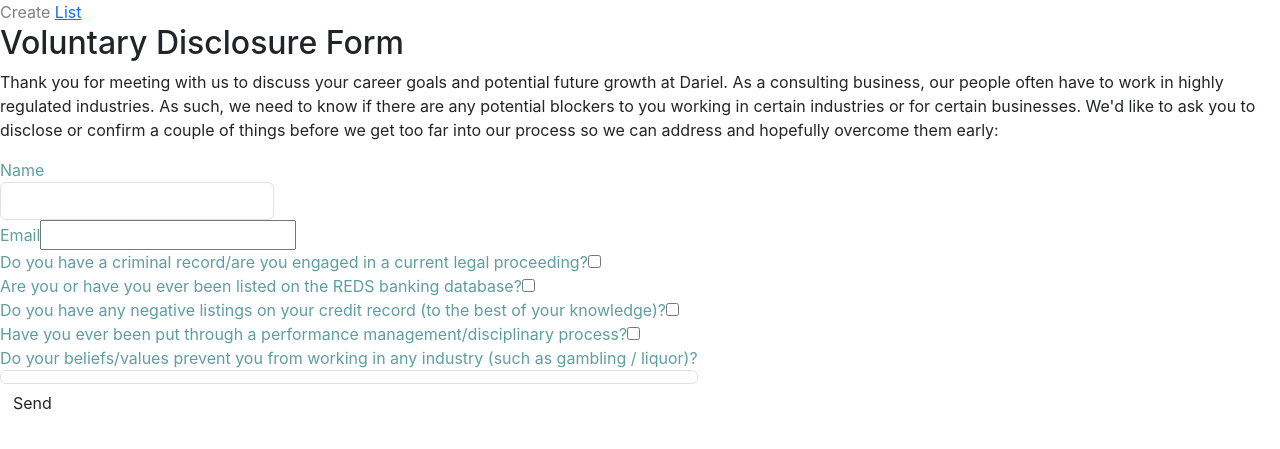
Repository: NtuthukoM/VoluntaryDisclosure
Page: / (app in disclosures-client/)
The author's editor kept a copy of each file at every save. The page is drawn from the files as they stood at one save, then again after the next save.
The browser window is 1280 px wide. The pictures show the whole page.
The project was rebuilt for these pictures with package versions that can differ from the ones it lists, and the page was loaded fresh each time. Also part of the build but not shown: disclosures-client/src/pages/ListDisclosures.js, disclosures-client/src/pages/DisclosureDetails.js, disclosures-client/src/pages/DisclosureSubmitted.js.

Above is the page before, as saved 2023-05-30 20:35:28.

### disclosures-client/public/index.html
<!DOCTYPE html>
<html lang="en">
  <head>
    <meta charset="utf-8" />

    <meta name="viewport" content="width=device-width, initial-scale=1" />
    <meta name="theme-color" content="#000000" />
    <meta
      name="description"
      content="Web site created using create-react-app"
    />
    <link rel="apple-touch-icon" href="%PUBLIC_URL%/logo192.png" />
    <!--
      manifest.json provides metadata used when your web app is installed on a
      user's mobile device or desktop. See https://developers.google.com/web/fundamentals/web-app-manifest/
    -->
    <link rel="manifest" href="%PUBLIC_URL%/manifest.json" />
    <!--
      Notice the use of %PUBLIC_URL% in the tags above.
      It will be replaced with the URL of the `public` folder during the build.
      Only files inside the `public` folder can be referenced from the HTML.

      Unlike "/favicon.ico" or "favicon.ico", "%PUBLIC_URL%/favicon.ico" will
      work correctly both with client-side routing and a non-root public URL.
      Learn how to configure a non-root public URL by running `npm run build`.
    -->
    <title>React App</title>
  </head>
  <body>
    <noscript>You need to enable JavaScript to run this app.</noscript>
    <div id="root"></div>
    <!--
      This HTML file is a template.
      If you open it directly in the browser, you will see an empty page.

      You can add webfonts, meta tags, or analytics to this file.
      The build step will place the bundled scripts into the <body> tag.

      To begin the development, run `npm start` or `yarn start`.
      To create a production bundle, use `npm run build` or `yarn build`.
    -->
  </body>
</html>

### disclosures-client/src/index.js
import React from 'react';
import ReactDOM from 'react-dom/client';
import './bootstrap.css';
import './index.css';
import App from './App';
import reportWebVitals from './reportWebVitals';

const root = ReactDOM.createRoot(document.getElementById('root'));
root.render(
  <React.StrictMode>
    <App />
  </React.StrictMode>
);

// If you want to start measuring performance in your app, pass a function
// to log results (for example: reportWebVitals(console.log))
// or send to an analytics endpoint. Learn more: https://bit.ly/CRA-vitals
reportWebVitals();

### disclosures-client/src/App.js
import logo from './logo.svg';
import {CreateDisclosures} from './pages/CreateDisclosure';
import {ListDisclosures} from './pages/ListDisclosures';
import {DisclosureDetails} from './pages/DisclosureDetails';
import {DisclosureSubmitted} from './pages/DisclosureSubmitted';
import { BrowserRouter, Routes, Route } from "react-router-dom";
import './App.css';

function App() {
  return (

      <BrowserRouter>
        <Routes>
          <Route path="/" element={<CreateDisclosures/>} />
          <Route path="/list" element={<ListDisclosures/>} />
          <Route path="/submitted" element={<DisclosureSubmitted/>} />
          <Route path="/details/:id" element={<DisclosureDetails/>} />
        </Routes>
      </BrowserRouter>
  );
}

export default App;

### disclosures-client/src/pages/CreateDisclosure.js
import { useState } from "react";
import { discloseUrl} from '../models/models';
import { Nav} from "../components/nav";
import { redirect } from "react-router-dom";

export function CreateDisclosures(){
    const [fullName, setFullName] = useState('');
    const [email, setEmail] = useState('');
    const [criminalRecord, setCriminalRecord] = useState(false);
    const [redsBankingDbListed, setRedsBankingDbListed] = useState(false);
    const [negativeCreditListing, setNegativeCreditListing] = useState(false);
    const [performanceManagementPlaced, setPerformanceManagementPlaced] = useState(false);
    const [ethicalIndustringRestriction, setEthicalIndustringRestriction] = useState(false);
    const [submitting, setSubmitting] = useState(false);

    function onFormSubmit(e){
        e.preventDefault();
        setSubmitting(true);
        let model = {
            fullName: fullName,
            email: email,
            criminalRecord: criminalRecord,
            redsBankingDbListed: redsBankingDbListed,
            negativeCreditListing: negativeCreditListing,
            performanceManagementPlaced: performanceManagementPlaced,
            ethicalIndustringRestriction: ethicalIndustringRestriction
        }
        const ops = {
            method: 'POST',
            headers: {
                "Content-Type": "application/json",
                // 'Content-Type': 'application/x-www-form-urlencoded',
              },
              redirect: "follow", // manual, *follow, error
              referrerPolicy: "no-referrer", // no-referrer, *no-referrer-when-downgrade, origin, origin-when-cross-origin, same-origin, strict-origin, strict-origin-when-cross-origin, unsafe-url
              body: JSON.stringify(model), // body data type must match "Content-Type" header
        };
        const response = fetch(discloseUrl, ops)
        .then(() => {
            setSubmitting(false);
            console.log('redirecting');
           return redirect("/submitted");
        }).catch(exc => console.log(`error ${exc}`));
    }
    return (
        <>
            <Nav />
            <h2>Voluntary Disclosure Form</h2>
            <p>
                Thank you for meeting with us to discuss your career goals and potential future growth at Dariel.
                As a consulting business, our people often have to work in highly regulated industries.
                As such, we need to know if there are any potential blockers to you working in certain industries or for certain businesses.
                We'd like to ask you to disclose or confirm a couple of things before we get too far into our process so we can address and hopefully overcome them early:
            </p>
            <form onSubmit={onFormSubmit}>


            <div className="form-group">
                <label>
                    Name
                    <input className="form-control" type="text" value={fullName} onChange={(e) => setFullName(e.target.value) } disabled={submitting} />
                </label>
            </div>

            <div>
                <label>
                    Email
                    <input type="text" value={email} onChange={e => setEmail(e.target.value)} disabled={submitting}  />
                </label>
            </div>


            <div>
                <label>
                    Do you have a criminal record/are you engaged in a current legal proceeding?
                    <input type="checkbox" value={criminalRecord} onChange={e => {
                        setCriminalRecord(!criminalRecord);
                        }}  disabled={submitting} />
                </label>
            </div>
            <div>
                <label>
                Are you or have you ever been listed on the REDS banking database?
                    <input type="checkbox"  value={redsBankingDbListed} onChange={e => {
                        setRedsBankingDbListed(!redsBankingDbListed);
                        }}  disabled={submitting} />
                </label>
            </div>
            <div>
                <label>
                Do you have any negative listings on your credit record (to the best of your knowledge)?
                    <input type="checkbox"  value={negativeCreditListing} onChange={e => {
                        setNegativeCreditListing(!negativeCreditListing);
                        }}  disabled={submitting} />
                </label>
            </div>
            <div>
                <label>
                Have you ever been put through a performance management/disciplinary process?
                    <input type="checkbox"  value={performanceManagementPlaced} onChange={e => {
                        setPerformanceManagementPlaced(!performanceManagementPlaced);
                        }}  disabled={submitting} />
                </label>
            </div>
            <div>
                <label>
                Do your beliefs/values prevent you from working in any industry (such as gambling / liquor)?
                    <input type="checkbox" className="form-control"  value={ethicalIndustringRestriction} onChange={e => {
                        setEthicalIndustringRestriction(!ethicalIndustringRestriction);
                        }}  disabled={submitting} />
                </label>
            </div>
            <div>
                <button className="btn btn-default" disabled={submitting}>Send</button>
            </div>
             </form>
        </>
    );
}

### disclosures-client/src/App.css
.App {
  text-align: center;
}

.active {
  color: gray;
  text-decoration: none;
  cursor: default;
}

label {
  color: cadetblue;
}

.App-logo {
  height: 40vmin;
  pointer-events: none;
}

@media (prefers-reduced-motion: no-preference) {
  .App-logo {
    animation: App-logo-spin infinite 20s linear;
  }
}

.App-header {
  background-color: #282c34;
  min-height: 100vh;
  display: flex;
  flex-direction: column;
  align-items: center;
  justify-content: center;
  font-size: calc(10px + 2vmin);
  color: white;
}

.App-link {
  color: #61dafb;
}

@keyframes App-logo-spin {
  from {
    transform: rotate(0deg);
  }
  to {
    transform: rotate(360deg);
  }
}

### disclosures-client/src/models/models.js
export const discloseUrl = 'https://localhost:7163/api/Disclosures';

### disclosures-client/src/components/nav.js
import {NavLink} from "react-router-dom"

export function Nav(){
    return (
        <>
            <nav>
                <NavLink to="/" className={({isActive}) => isActive ? "active" : "go-to"}>Create </NavLink>
                <NavLink to="/list" className={({isActive}) => isActive ? "active" : ""}>List </NavLink>
            </nav>
        </>
    )
}

Loaded but not shown: disclosures-client/src/bootstrap.css (library); disclosures-client/src/index.css (common file); disclosures-client/src/reportWebVitals.js (common file)

After the next save:
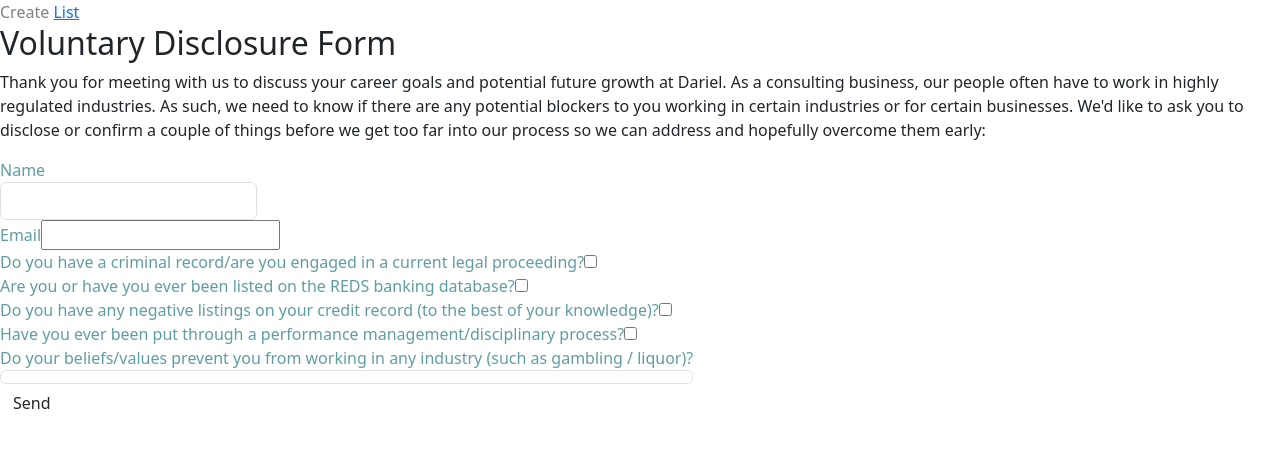
Saved 29 s later.
--- a/disclosures-client/src/index.js
+++ b/disclosures-client/src/index.js
@@ -1,7 +1,7 @@
 import React from 'react';
 import ReactDOM from 'react-dom/client';
 import './bootstrap.css';
-import './index.css';
+// import './index.css';
 import App from './App';
 import reportWebVitals from './reportWebVitals';
 
